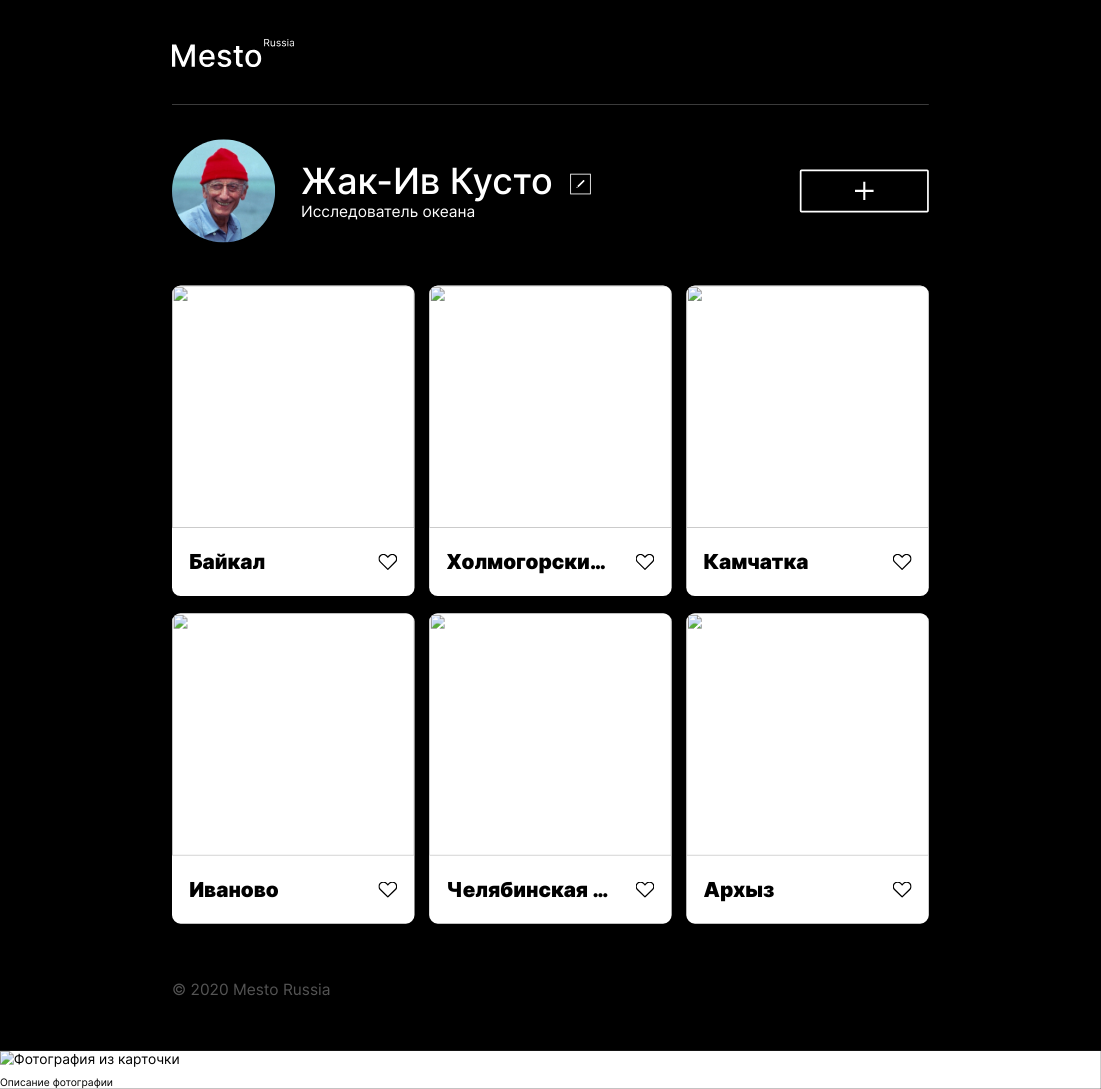
Repository: Akhtool/mesto
Page: index.html
These files come from the project's save history. The page is drawn as it stood at one moment and after the next save; the edit follows.
The browser window is 1280 px wide. The pictures show the whole page, at 86% of full size.

Above is the page before, as saved 2023-01-04 12:48:40.

### index.html
<!DOCTYPE html>
<html lang="ru">
<head>
    <meta charset="UTF-8">
    <meta http-equiv="X-UA-Compatible" content="IE=edge">
    <meta name="viewport" content="width=device-width, initial-scale=1.0">
    <link rel="stylesheet" href="pages/index.css">
    <title>Место</title>
</head>
<body class="page">
    <header class="header">
        <a href="#" class="header__logo-link">
            <img src="./images/header__logo.svg" class="header__logo" alt="Логотип сайта Место">
        </a>
    </header>
    <main class="container">
        <section class="profile">
            <img src="./images/profile__image.jpg" alt="Изображение профиля" class="profile__image">
            <div class="profile__info">
                <div class="profile__name-edit">
                    <h1 class="profile__name">Жак-Ив Кусто</h1>
                    <button type="button" class="profile__edit-button" aria-label="edit"></button>
                </div>
                <p class="profile__description">Исследователь океана</p>
            </div>
            <button type="button" class="profile__add-button" aria-label="add"></button>
        </section>
        <section class="cards">
            <ul class="cards__list"></ul>
        </section>
    </main>
    <footer class="footer">
        <p class="footer__copyright">© 2020 Mesto Russia</p>
    </footer>
    <!--Попап просмотра фотографий-->
    <div class="popup_type_show-image">
        <div class="popup__container_type_show-image">
          <button type="button" class="popup__close-button popup__close-button_type_show-image"></button>
          <img src="#" alt="Фотография из карточки" class="popup__image">
          <h3 class="popup__title_type_show-image">Описание фотографии</h3>
        </div>
    </div>
    <!--Попап добавления карточек-->
    <div class="popup popup_type_add-card">
        <div class="popup__container">
            <h2 class="popup__title">Новое место</h2>
            <form action="#" name="input-form" class="popup__input-form popup__input-form_type_card">
                <input type="text" name="card-name" required class="popup__input popup__input_type_card-name" placeholder="Название">
                <input type="text" name="card-link" class="popup__input popup__input_type_card-link" placeholder="Ссылка на картинку">
                <input type="submit" value="Создать" class="popup__submit">
            </form>
            <button type="button" class="popup__close-button popup__close-button_type_add-card" aria-label="close"></button>
        </div>
    </div>
    <!--Попап редактирования профиля-->
    <div class="popup popup_type_profile-edit">
        <div class="popup__container">
            <h2 class="popup__title">Редактировать профиль</h2>
            <form action="#" name="input-form" class="popup__input-form popup__input-form_type_profile">
                <input type="text" name="user-name" required class="popup__input popup__input_type_name" placeholder="Имя">
                <input type="text" name="user-description" class="popup__input popup__input_type_description" placeholder="О себе">
                <input type="submit" value="Сохранить" class="popup__submit">
            </form>
            <button type="button" class="popup__close-button popup__close-button_type_profile" aria-label="close"></button>
        </div>
    </div>
    <!-- Шаблон для карточек -->
    <template id="card-template">
        <li class="card">
            <img class="card__image">
            <button type="button" class="card__delete-button"></button>
            <div class="card__info">
                <h2 class="card__name"></h2>
                <button type="button" class="card__like"></button>
            </div>
        </li>
    </template>
    <script src="./scripts/script.js"></script>
</body>
</html>

### pages/index.css
/* root */
@import url(../vendor/normalize.css);
@import url(../vendor/fonts/fonts.css);

/* content */
@import url(../blocks/page/page.css);
@import url(../blocks/container/container.css);

/* header */
@import url(../blocks/header/header.css);
@import url(../blocks/header/__logo-link/header__logo-link.css);
@import url(../blocks/header/__logo/header__logo.css);

/* container */

/* profile */
@import url(../blocks/profile/profile.css);
@import url(../blocks/profile/__image/profile__image.css);
@import url(../blocks/profile/__info/profile__info.css);
@import url(../blocks/profile/__description/profile__description.css);
@import url(../blocks/profile/__add-button/profile__add-button.css);
@import url(../blocks/profile/__name-edit/profile__name-edit.css);
@import url(../blocks/profile/__name/profile__name.css);
@import url(../blocks/profile/__edit-button/profile__edit-button.css);


/* cards */
@import url(../blocks/cards/cards.css);
@import url(../blocks/cards/__list/cards__list.css);


/* card */
@import url(../blocks/card/card.css);
@import url(../blocks/card/__image/card__image.css);
@import url(../blocks/card/__info/card__info.css);
@import url(../blocks/card/__name/card__name.css);
@import url(../blocks/card/__like/card__like.css);
@import url(../blocks/card/__like/_active/card__like_active.css);
@import url(../blocks/card/__delete-button/card__delete-button.css);

/* footer */
@import url(../blocks/footer/footer.css);
@import url(../blocks/footer/__copyright/footer__copyright.css);
/* popup */
@import url(../blocks/popup/popup.css);
@import url(../blocks/popup/_opened/popup_opened.css);
@import url(../blocks/popup/__container/popup__container.css);
@import url(../blocks/popup/__title/popup__title.css);
@import url(../blocks/popup/__input/popup__input.css);
@import url(../blocks/popup/__submit/popup__submit.css);
@import url(../blocks/popup/__close-button/popup__close-button.css);
/* popup_type_show-image */
@import url(../blocks/popup/_type/popup_type_show-image.css);
@import url(../blocks/popup/__container/_type/popup__container_type_show-image.css);
@import url(../blocks/popup/__image/popup__image.css);
@import url(../blocks/popup/__title/_type/popup__title_type_show-image.css);

### scripts/script.js
let editButton = document.querySelector('.profile__edit-button');
let popupEditProfile = document.querySelector('.popup_type_profile-edit');
let popupClose = document.querySelector('.popup__close-button_type_profile');
let formElement = document.querySelector('.popup__input-form_type_profile');
let nameInput = formElement.querySelector('.popup__input_type_name');
let jobInput = formElement.querySelector('.popup__input_type_description');
let profileName = document.querySelector('.profile__name');
let profileDescription = document.querySelector('.profile__description');

function openPopup() {
    nameInput.value = profileName.textContent;
    jobInput.value = profileDescription.textContent;
    popupEditProfile.classList.add('popup_opened');
}
function closePopup() {
    popupEditProfile.classList.remove('popup_opened');
}

function handleFormSubmit (evt) {
    evt.preventDefault();
    profileName.textContent = nameInput.value;
    profileDescription.textContent = jobInput.value;
    closePopup();
}

editButton.addEventListener('click', openPopup);
popupClose.addEventListener('click', closePopup);
formElement.addEventListener('submit', handleFormSubmit);

const initialCards = [
    {
      name: 'Архыз',
      link: 'https://pictures.s3.yandex.net/frontend-developer/cards-compressed/arkhyz.jpg'
    },
    {
      name: 'Челябинская область',
      link: 'https://pictures.s3.yandex.net/frontend-developer/cards-compressed/chelyabinsk-oblast.jpg'
    },
    {
      name: 'Иваново',
      link: 'https://pictures.s3.yandex.net/frontend-developer/cards-compressed/ivanovo.jpg'
    },
    {
      name: 'Камчатка',
      link: 'https://pictures.s3.yandex.net/frontend-developer/cards-compressed/kamchatka.jpg'
    },
    {
      name: 'Холмогорский район',
      link: 'https://pictures.s3.yandex.net/frontend-developer/cards-compressed/kholmogorsky-rayon.jpg'
    },
    {
      name: 'Байкал',
      link: 'https://pictures.s3.yandex.net/frontend-developer/cards-compressed/baikal.jpg'
    }
  ];
  // Список карточек
  const cardsList = document.querySelector('.cards__list');
  // Функция добавление карточек из шаблон
  const createCardElement = (cardName, cardLink) => {
    // Взять содержание из шаблона
    const cardTemplate = document.querySelector('#card-template').content;
    // Клонировать содержание шаблона
    const cardElement = cardTemplate.querySelector('.card').cloneNode(true);
    // Заполнить содержимым
    cardElement.querySelector('.card__name').textContent = cardName;
    cardElement.querySelector('.card__image').src = cardLink;

    // Кнопка лайка
    cardElement.querySelector('.card__like').addEventListener('click', function (evt) {
        evt.target.classList.toggle('card__like_active');
      });

    // Кнопка удаления карточки
    const cardDeleteButton = cardElement.querySelector('.card__delete-button');
    cardDeleteButton.addEventListener('click', function (evt) {
        cardElement.remove();
    });
    return cardElement;
};
// Добить карточку в DOM
const addCardElement = (name, link) => {
    cardsList.prepend(createCardElement(name, link));
};
// Добавление карточек из массива
  const addCard = (array) => {
    array.forEach((element) => {
        addCardElement(element.name, element.link);
    });
  };

  addCard(initialCards);
//попап добавлениея фотографий
  const popupAddCard = document.querySelector ('.popup_type_add-card');
  const addCardButton = document.querySelector('.profile__add-button');
  const cardSaveButton = document.querySelector('.popup__save-button');
  const cardElementName = document.querySelector('.popup__input_type_card-name');
  const cardElementLink = document.querySelector('.popup__input_type_card-link');
  const addCardForm = document.querySelector('.popup__input-form_type_card');
  const popupCloseButton = document.querySelector('.popup__close-button_type_add-card');

  function openAddCardPopup() {
    popupAddCard.classList.add('popup_opened');

  }

  function closeAddCardPopup() {
    popupAddCard.classList.remove('popup_opened');
  }

  function handleAddCardForm (evt) {
    evt.preventDefault();
    addCardElement(cardElementName.value, cardElementLink.value);
    closeAddCardPopup();
}

  popupCloseButton.addEventListener('click', closeAddCardPopup);
  addCardForm.addEventListener('submit', handleAddCardForm);
  addCardButton.addEventListener('click', openAddCardPopup);

### vendor/fonts/fonts.css
@font-face {
    font-family: 'Inter';
    font-style: normal;
    font-weight: 400;
    src: url(./Inter-Regular.woff2) format(woff2),
         url(./Inter-Regular.woff) format(woff);
}

@font-face {
    font-family: 'Inter';
    font-style: normal;
    font-weight: 500;
    src: url(./Inter-Medium.woff2) format(woff2),
         url(./Inter-Medium.woff) format(woff);
}

@font-face {
    font-family: 'Inter';
    font-style: normal;
    font-weight: 900;
    src: url(./Inter-Black.woff2) format(woff2),
         url(./Inter-Black.woff) format(woff);
}

### blocks/page/page.css
.page {
    background-color: #000000;
    box-sizing: border-box;
    font-family: 'Inter', Arial, Helvetica, sans-serif;
    -moz-osx-font-smoothing: grayscale;
    -webkit-font-smoothing: antialiased;
    -webkit-text-size-adjust: 100%;
    -ms-text-size-adjust: 100%;
    -moz-text-size-adjust: 100%;
    text-rendering: optimizeLegibility;
    max-width: 1280px;
    margin: 0 auto;
}

### blocks/container/container.css
.container {
    max-width: 1280px;
    min-width: 320px;
    margin: 0 auto;
}

@media screen and (max-width: 920px) {
    .container {
        padding: 0 27px;
    }

}

@media screen and (max-width: 500px) {
    .container {
        padding: 0;
    }
}

### blocks/header/header.css
.header {
    padding-top: 45px;
    border-bottom: 1px solid rgba(84, 84, 84, .7);
    max-width: 880px;
    margin: 0 auto;
}

@media screen and (max-width: 500px) {
    .header {
        padding-top: 28px;
    }
}

### blocks/header/__logo-link/header__logo-link.css
.header__logo-link {
    display: block;
    max-width: 142px;
    padding-bottom: 40px;
    cursor: pointer;
}

@media screen and (max-width: 920px) {
    .header__logo-link {
        padding-left: 27px;
    }

}

@media screen and (max-width: 500px) {
    .header__logo-link {
        padding-bottom: 30px;
    }
}

### blocks/header/__logo/header__logo.css
.header__logo {
    max-width: 100%;
}

@media screen and (max-width: 500px) {
    .header__logo {
        max-width: 103px;
    }
}

### blocks/profile/profile.css
.profile {
    max-width: 880px;
    margin: 0 auto;
    padding-top: 40px;

    display: flex;
    align-items: center;
}

@media screen and (max-width: 768px) {
    .profile {
        flex-direction: column;
    }
}

### blocks/profile/__image/profile__image.css
.profile__image {
    width: 120px;
    height: 120px;
    border-radius: 50%;
}

@media screen and (max-width: 768px) {
    .profile__image {
        margin-bottom: 26px;
    }
}

### blocks/profile/__info/profile__info.css
.profile__info {
    padding-left: 30px;
    flex: 1;
    flex-grow: 1;
    flex-shrink: 1;
    flex-basis: 0%;
    flex-direction: column;
}

@media screen and (max-width: 768px) {
    .profile__info {
        padding: 0 0 36px 0;
        text-align: center;
    }
}

### blocks/profile/__description/profile__description.css
.profile__description {
    font-family: 'Inter', Arial, Helvetica, sans-serif;
    font-style: normal;
    font-weight: 400;
    font-size: 18px;
    line-height: 22px;
    color: #FFFFFF;
    max-width: 350px;
    text-overflow: ellipsis;
    white-space: nowrap;
    overflow: hidden;

    padding: 0;
    margin: 0;
}

@media screen and (max-width: 500px) {
    .profile__description {
        font-size: 14px;
        line-height: 17px;
        margin: 0 auto;
        max-width: 200px;
    }
}

### blocks/profile/__add-button/profile__add-button.css
.profile__add-button {
    width: 150px;
    height: 50px;
    border: 2px solid #FFFFFF;
    border-radius: 2px;
    background-color: transparent;
    background-image: url(../../../images/add-button__image.svg);
    background-position: center;
    background-repeat: no-repeat;
    background-size: 22px;
}

.profile__add-button:hover {
    opacity: .6;
    cursor: pointer;
    transition: opacity .2s linear;
}

@media screen and (max-width: 768px) {
    .profile__add-button {
        width: 282px;
        background-size: 16px;
    }
}

### blocks/profile/__name-edit/profile__name-edit.css
.profile__name-edit {
    display: flex;
    align-items: baseline;
    gap: 20px;
    flex-direction: row;
}

@media screen and (max-width: 500px) {
    .profile__name-edit {
        gap: 10px;
    }
}

### blocks/profile/__name/profile__name.css
.profile__name {
    font-family: 'Inter', Arial, Helvetica, sans-serif;
    font-style: normal;
    font-weight: 500;
    font-size: 42px;
    line-height: 48px;
    color: #FFFFFF;
    max-width: 350px;
    text-overflow: ellipsis;
    white-space: nowrap;
    overflow: hidden;

    padding: 0;
    margin: 0;
}

@media screen and (max-width: 768px) {
    .profile__name {
        padding-bottom: 14px;
    }
}

@media screen and (max-width: 500px) {
    .profile__name {
        font-size: 27px;
        line-height: 33px;
        margin-left: 27px;
        padding-bottom: 6px;
        max-width: 200px;
    }
}

### blocks/profile/__edit-button/profile__edit-button.css
.profile__edit-button {
    width: 24px;
    height: 24px;
    box-sizing: border-box;
    border: 1px solid #FFFFFF;
    background-color: transparent;
    background-image: url(../../../images/edit-button.svg);
    background-position: center;
    background-repeat: no-repeat;
    background-size: 10px;
}

.profile__edit-button:hover {
    opacity: .6;
    cursor: pointer;
    transition: opacity .2s linear;
}

@media screen and (max-width: 500px) {
    .profile__edit-button {
        width: 18px;
        height: 18px;
    }
}

### blocks/cards/cards.css
.cards {
    max-width: 880px;
    margin: 0  auto;
    padding-top: 50px;
}

@media screen and (max-width: 500px) {
    .cards {
        padding-top: 35px;
    }
}

### blocks/cards/__list/cards__list.css
.cards__list {
    display: grid;
    grid-template-columns: repeat(auto-fit, 282px);
    column-gap: 17px;
    row-gap: 20px;
    box-sizing: border-box;
    padding: 0;
    margin: 0 auto;
    list-style: none;
}

@media screen and (max-width: 920px) {
    .cards__list {
        justify-content: center;
    }

}

### blocks/card/card.css
.card {
    position: relative;
    box-sizing: border-box;
    max-width: 282px;
    border-radius: 10px;
    overflow: hidden;
    background-color: #fff;
    margin: 0;
    padding: 0;
}

### blocks/card/__image/card__image.css
.card__image {
    display: block;
    width: 282px;
    height: 282px;
    transition: .2s linear;
}

### blocks/card/__info/card__info.css
.card__info {
    display: flex;
    justify-content: space-between;
    align-items: center;
    padding: 25px 20px 25px 20px;
    box-sizing: border-box;
}

### blocks/card/__name/card__name.css
.card__name {
    padding: 0;
    margin: 0;
    max-width: 195px;
    font-family: 'Inter', Arial, Helvetica, sans-serif;
    font-style: normal;
    font-weight: 900;
    font-size: 24px;
    line-height: 29px;
    text-overflow: ellipsis;
    white-space: nowrap;
    overflow: hidden;
    color: #000000;
}

### blocks/card/__like/card__like.css
.card__like {
    padding: 0;
    margin: 0;
    min-width: 22px;
    min-height: 19px;
    background-color: transparent;
    background-image: url(../../../images/like-button_disabled.svg);
    background-position: center;
    background-repeat: no-repeat;
    background-size: contain;
    border: 0;
    transition: .7s all;
}

.card__like:hover {
    opacity: .5;
    cursor: pointer;
    transition: opacity .2s linear;
}

### blocks/card/__like/_active/card__like_active.css
.card__like_active {
    background: url(../../../../images/like-button_active.svg) center no-repeat;
    transition: .7s all;
}

### blocks/card/__delete-button/card__delete-button.css
.card__delete-button{
    position: absolute;
    top: 20px;
    right: 20px;
    width: 18px;
    height: 19px;
    border: none;
    background-image: url(../../../images/delete-button.svg);
    background-repeat: no-repeat;
    background-position: center;
    background-size: cover;
    background-color: rgba(0, 0, 0, 0);
    cursor: pointer;
}

.card__delete-button:hover {
    opacity: .6;
    transition: opacity .7s ease;
}

### blocks/footer/footer.css
.footer {
    max-width: 880px;
    margin: 0 auto;
    padding: 66px 0 60px;
}

@media screen and (max-width: 500px) {
    .footer {
        padding-top: 48px;
        padding-bottom: 36px;
    }
}

### blocks/footer/__copyright/footer__copyright.css
.footer__copyright {
    font-family: 'Inter', Arial, Helvetica, sans-serif;
    font-style: normal;
    font-weight: 400;
    font-size: 18px;
    line-height: 22px;
    color: #545454;
    padding: 0;
    margin: 0;
}

@media screen and (max-width: 920px) {
    .footer__copyright {
        padding-left: 27px;
    }

}

@media screen and (max-width: 500px) {
    .footer__copyright {
        font-size: 14px;
        line-height: 17px;
        padding-left: 19px;
    }
}

### blocks/popup/popup.css
.popup {
    position: fixed;
    display: none;
    justify-content: center;
    align-items: center;
    top: 0;
    right: 0;
    bottom: 0;
    left: 0;
    width: 100%;
    height: 100vh;
    background-color: rgba(0, 0, 0, .5);
    visibility: hidden;
    opacity: 0;
    z-index: -1;
    transition: opacity .3s visibility .3s z-index .3s;
  }

### blocks/popup/_opened/popup_opened.css
.popup_opened {
    display: flex;
    visibility: visible;
    opacity: 1;
    z-index: 5;
    transition: opacity .3s;
}

### blocks/popup/__container/popup__container.css
.popup__container {
    display: flex;
    flex-direction: column;
    justify-content: space-between;
    box-sizing: border-box;
    margin: 0 auto;
    padding: 34px 36px 37px 36px;
    position: relative;
    min-width: 430px;
    background-color: #fff;
    border-radius: 10px;
}

@media screen and (max-width: 500px) {
    .popup__container {
        justify-content: flex-start;
        min-width: 282px;
        padding: 22px 22px;
    }
}

### blocks/popup/__title/popup__title.css
.popup__title {
    font-family: 'Inter', Arial, Helvetica, sans-serif;
    font-style: normal;
    font-weight: 900;
    font-size: 24px;
    line-height: 29px;
    color: #000000;
    margin: 0 0 44px 0;
}

@media screen and (max-width: 500px) {
    .popup__title {
      font-size: 18px;
      margin-bottom: 65px;
    }
  }

### blocks/popup/__input/popup__input.css
.popup__input {
    display: block;
    margin: 0;
    padding: 0;
    width: 358px;
    height: 27px;
    outline: none;
    border: 0;
    border-bottom: 1px solid rgba(0, 0, 0, 0.2);
    padding-bottom: 4px;
    font-family: 'Inter', Arial, Helvetica, sans-serif;
    font-style: normal;
    font-weight: 400;
    font-size: 14px;
    line-height: 17px;
    color: #000000;
  }

  .popup__input:first-child {
    margin-bottom: 25px;
  }

  .popup__input:nth-child(2) {
    margin-bottom: 45px;
  }

  @media screen and (max-width: 500px) {
    .popup__input {
      width: 238px;
      height: 27px;
    }
  }

### blocks/popup/__submit/popup__submit.css
.popup__submit {
    box-sizing: border-box;
    border: 0;
    background: #000000;
    border-radius: 2px;
    color: #fff;
    cursor: pointer;
    font-family: 'Inter', Arial, Helvetica, sans-serif;
    font-style: normal;
    font-weight: 400;
    font-size: 18px;
    line-height: 22px;
    text-align: center;
    min-width: 358px;
    min-height: 50px;
}

.popup__submit:hover {
    opacity: .8;
  }

  @media screen and (max-width: 500px) {
    .popup__submit {
      height: 46px;
      font-size: 14px;
      line-height: 17px;
      min-width: 238px;
      min-height: 46px;
    }
  }

### blocks/popup/__close-button/popup__close-button.css
.popup__close-button {
    position: absolute;
    background-image: url(../../../images/close-button.svg);
    background-size: contain;
    background-repeat: no-repeat;
    background-position: center;
    background-color: transparent;
    border: 0;
    outline: none;
    width: 32px;
    height: 32px;
    top: -40px;
    right: -40px;
    cursor: pointer;
  }

  .popup__close-button:hover {
    opacity: .6;
  }

  @media screen and (max-width: 635px) {
    .popup__close-button {
      width: 20px;
      height: 20px;
      top: -38px;
      right: 0;
    }
  }

### blocks/popup/__container/_type/popup__container_type_show-image.css
.popup__container_type_show-image {
    background-color: #fff;
}

### blocks/popup/__title/_type/popup__title_type_show-image.css
.popup__title_type_show-image {
    margin: 0;
    font-weight: 400;
    font-size: 12px;
    line-height: 15px;
    margin-top: 10px;
}

Loaded but not shown: vendor/normalize.css (library); blocks/popup/__image/popup__image.css (common file); blocks/popup/_type/popup_type_show-image.css (no stored copy; drawn as an empty file)

After the next save:
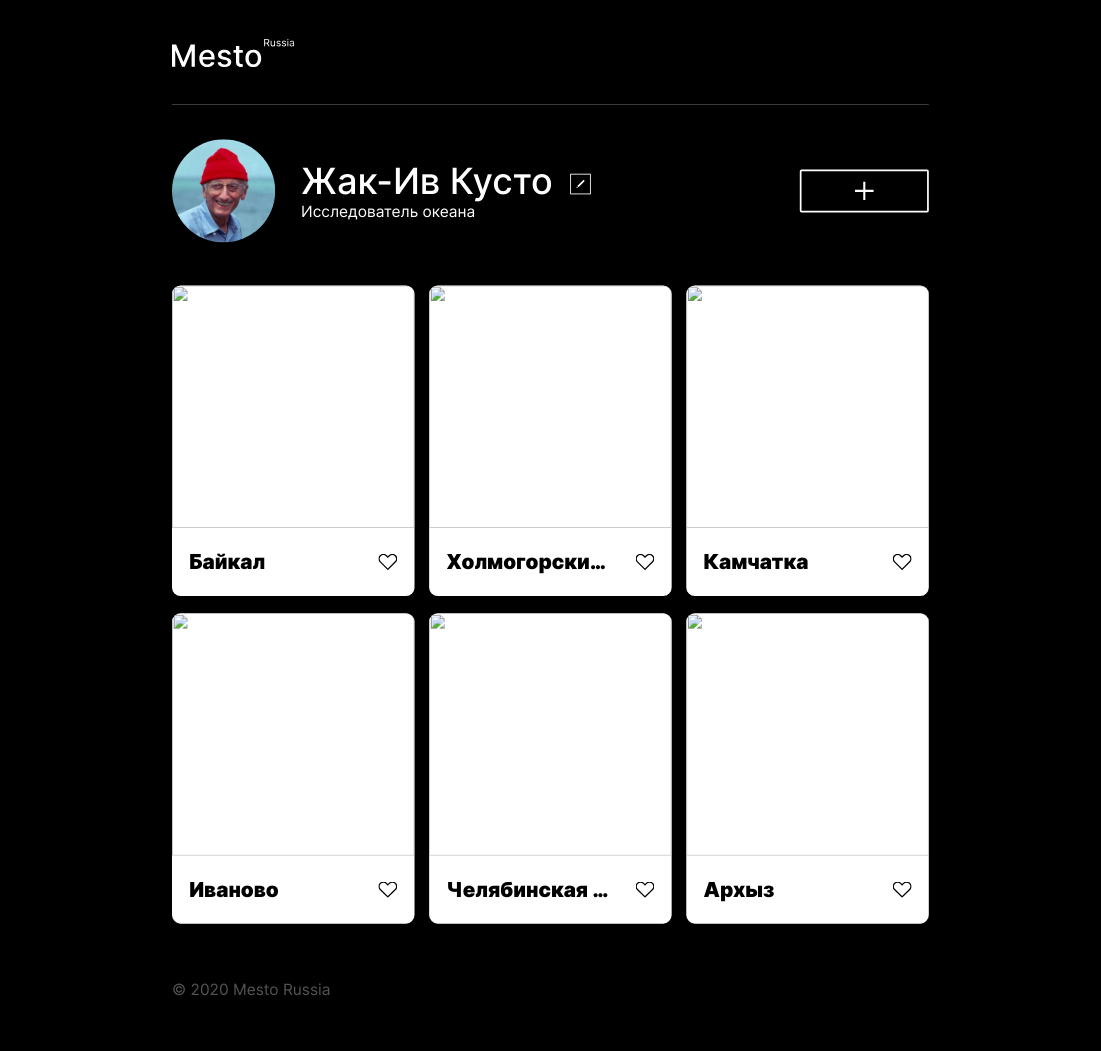
Saved 3 s later.
--- a/index.html
+++ b/index.html
@@ -33,7 +33,7 @@
         <p class="footer__copyright">© 2020 Mesto Russia</p>
     </footer>
     <!--Попап просмотра фотографий-->
-    <div class="popup_type_show-image">
+    <div class="popup popup_type_show-image">
         <div class="popup__container_type_show-image">
           <button type="button" class="popup__close-button popup__close-button_type_show-image"></button>
           <img src="#" alt="Фотография из карточки" class="popup__image">
